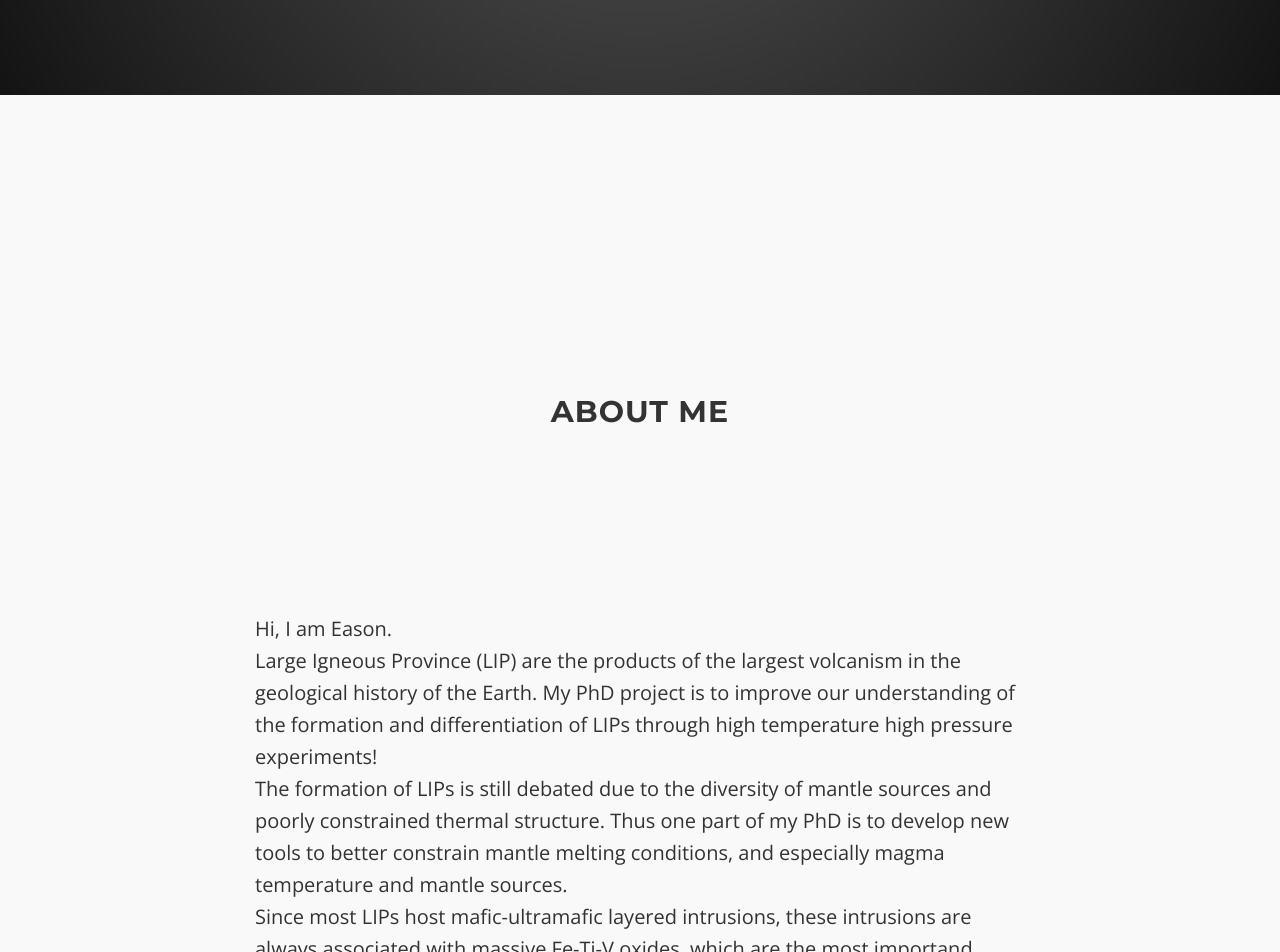
Repository: eazzzon/eazzzon.github.io
Page: aries-v1.0/index.html
The author's editor kept a copy of each file at every save. The page is drawn from the files as they stood at one save, then again after the next save.
The browser window is 1280 px wide. The pictures show the part of the page from y = 625 to 1577 px (the page is 3216 px tall before and 2916 px after).
Pictures or frames that could not be fetched are drawn as grey boxes.

Above is the page before, as saved 2021-06-12 09:30:01.

After the next save:
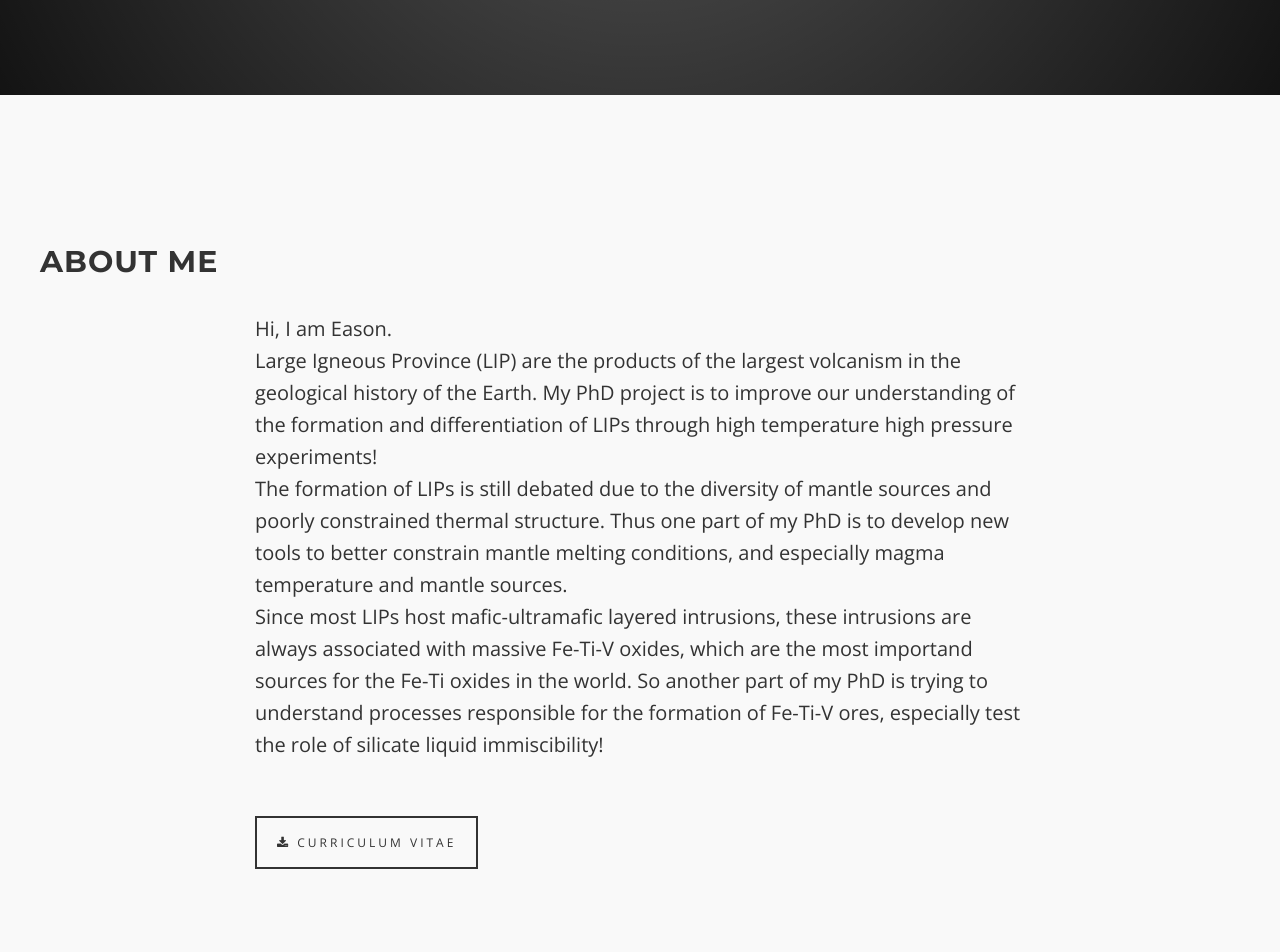
Saved 28 s later.
--- a/aries-v1.0/index.html
+++ b/aries-v1.0/index.html
@@ -76,7 +76,7 @@
 <section id="about">
 <div class="container content-section">
 	<div class="row">
-		<h2 class="container content-section text-center">ABOUT ME</h2>
+		<h2 ">ABOUT ME</h2>
 		<div class="col-lg-8 col-lg-offset-2">
 			<p>
 				Hi, I am Eason.
